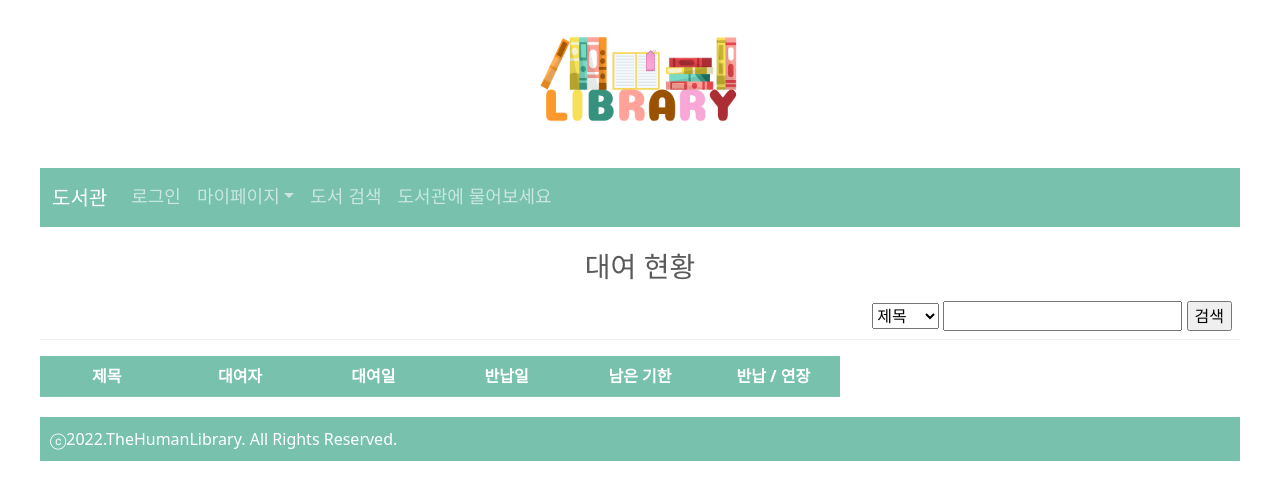
Repository: ahnbin00/Library
Page: http://localhost/BookRental/WEB-INF/book/manageRentalList.jsp
The author's editor kept a copy of each file at every save. The page is drawn from the files as they stood at one save, then again after the next save.
The browser window is 1280 px wide. The pictures show the whole page.
Some web fonts or font styles are not loaded; a fallback is used. Some web libraries are served in a nearby version. The page is served by Tomcat 9. Nobody is signed in. The template is opened directly, without the code that normally fills it, so the values that code supplies are empty.

Above is the page before, as saved 2022-12-22 06:39:40.

After the next save:
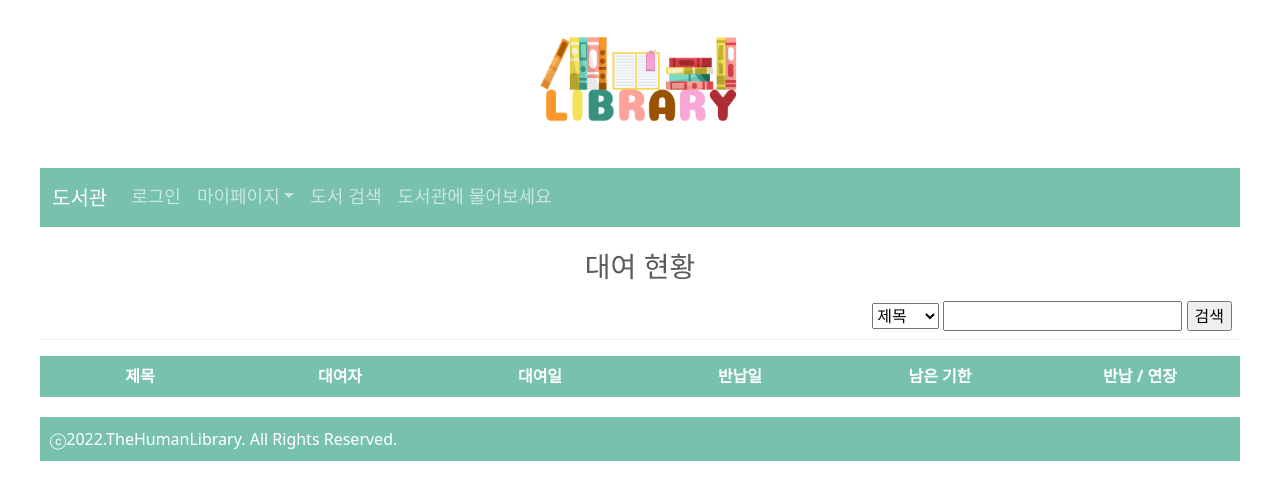
Saved 17 s later.
--- a/BookRental/src/main/webapp/WEB-INF/book/manageRentalList.jsp
+++ b/BookRental/src/main/webapp/WEB-INF/book/manageRentalList.jsp
@@ -49,7 +49,7 @@ th, td{
    </form>
 
    <!-- 목록 출력 -->
-   <table class="table table-hover" style="width:800px;">
+   <table class="table table-hover">
       <tr class="table-primary">
       <th>제목</th>
       <th>대여자</th>
